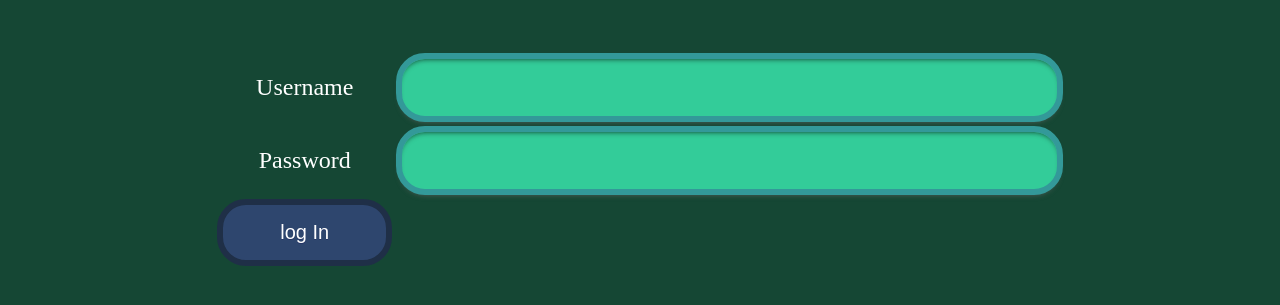
Repository: prajaktamore/Web-Based-Programming-3
Page: http://localhost/BinaryCalculator/AwardwinnerLogin.jsp
These files come from the project's save history. The page is drawn as it stood at one moment and after the next save; the edit follows.
The browser window is 1280 px wide. The pictures show the whole page.
The page is served by Tomcat 9. Other server files are loaded and not shown.

Above is the page before, as saved 2014-05-02 03:26:58.

### BinaryCalculator/WebContent/AwardwinnerLogin.jsp
<%@ page language="java" contentType="text/html; charset=ISO-8859-1"
    pageEncoding="ISO-8859-1"%>
<!DOCTYPE html PUBLIC "-//W3C//DTD HTML 4.01 Transitional//EN" "http://www.w3.org/TR/html4/loose.dtd">
<html>
<head>
<meta http-equiv="Content-Type" content="text/html; charset=ISO-8859-1">
<title>Login</title>
<link href="more.css" rel="stylesheet" type="text/css" />
</head>
<body>
<form method="POST" action="AwardWinner">
  <table width="page" align="center" >
					<tr>
					  <td height="40" align="center"> <label style="color:#ffffff;font-size:24px" >Username</label> </td>
             			 <td align="center"> <input id="username" name="username" readonly="readonly" value="${sessionScope.username}" type="text" style ="background: #33CC99; height:55px; width: 600px;text-align:right;font-size:35px; border-radius: 2em; border:6px solid #339999;border-radius:29px; color: #fff; padding-left: 1.5em; outline: none; box-shadow: 0 4px 6px -5px hsl(0, 0%, 40%), inset 0px 4px 6px -5px hsl(0, 0%, 2%)"/></td>
 					</tr>
					<tr>
					  <td height="38" align="center"> <label style="color:#FFFFFF;font-size:24px;">Password</label> </td>
             			 <td align="center"><input id="password" name="password" type="password" style ="background: #33CC99; height:55px; width: 600px;text-align:right;font-size:35px; border-radius: 2em; border:6px solid #339999;border-radius:29px; color: #fff; padding-left: 1.5em; outline: none; box-shadow: 0 4px 6px -5px hsl(0, 0%, 40%), inset 0px 4px 6px -5px hsl(0, 0%, 2%)" /></td>
 					</tr>
  					<tr>
						<td align="center"><input type="submit" name="log" value="log In" style="background-color: #2e466e; color: #ffff; border-radius: 10px;border:6px solid #1f2f47;border-radius:29px;padding:16px 57px;text-shadow:0px 1px 0px #263666;font-size:20px;">
					</tr>
  </table>
</form>

</body>
</html>

### BinaryCalculator/WebContent/more.css
/*
    author : Prajakta More
    date created : 11 Feb 2014
	Version:  1
    copyright information : Binghamton University
*/

/*Defines style for body tag all fields declared in body tag will follow below style for margins and background*/
body
{
margin-top:50px;
margin-left:50px;
margin-right:50px;
margin-bottom:50px;
background:#154734;
}



input#submit {
    padding: 4px 40px;
    /*give the background a gradient*/
    background:#ffae00; /*fallback for browsers that don't support gradients*/
    background: -webkit-linear-gradient(top, #ffae00, #d67600);
    background: -moz-linear-gradient(top, #ffae00, #d67600);
    background: -o-linear-gradient(top, #ffae00, #d67600);
    background: linear-gradient(top, #ffae00, #d67600);
    border:2px outset #dad9d8;
    /*style the text*/
    font-family:Andika, Arial, sans-serif;
    font-size:1.1em;
    letter-spacing:0.05em;
    text-transform:uppercase;
    color:#fff;
    text-shadow: 0px 1px 10px #000;
    /*add to small curve to the corners of the button*/
    -webkit-border-radius: 15px;
    -moz-border-radius: 15px;
    border-radius: 15px;
    /*give the button a drop shadow*/
    -webkit-box-shadow: rgba(0, 0, 0, .55) 0 1px 6px;
    -moz-box-shadow: rgba(0, 0, 0, .55) 0 1px 6px;
    box-shadow: rgba(0, 0, 0, .55) 0 1px 6px;
    }
    /****NOW STYLE THE BUTTON'S HOVER STATE***/
    input#submit:hover, input#submit:focus {
    border:2px solid #dad9d8;
    }



/*Defines style for table tag all fields declared in table tag will follow below style for border*/
table
{
border: 0px solid #154734;
content-type:text/plain;
charset=iso-8859-1 ;
}
/*Defines style for table data tag all fields declared in table data tag will follow below style for border and text color */
td
{
border: 0px solid #154734;
color:white;
}
/*Defines style for paragraph tag  with class type defined as ex2 all fields declared in paragraph tag will follow below style for font, color, text align*/
p.ex2
{
font:30px arial,sans-serif,centre;
color:#ffffff;
text-align:center;
}
/*Defines style for paragraph tag  with class type defined as ex1 all fields declared in paragraph tag will follow below style for font, color, text align*/
p.ex1
{
font:18px arial,sans-serif,centre;
color:#ffffff;
text-align:center;
}
/*Defines style for img tag all with class name as ex3 fields declared in img tag will
follow below style for margins, background, padding, border, background -color, height, width, float, text- align*/
img.ex3
{
  margin: 5px;
  padding: 5px;
  background-color: #ffffff;
  border: 3px solid #ffffff;
  height: 375px;
  width: 250px;
  float: left;
  text-align: left;
}
/*Defines style for a href tag and its properties for different states as link, visited, hover, active*/
a:link {text-decoration:none;
background-color:#66CCCC;
color:#000000;
}
a:visited {text-decoration:none;
background-color:#9999CC;
color:#660033;
}
a:hover {text-decoration:underline;
background-color:#CC99CC;
color:#000033;
}
a:active {text-decoration:underline;
background-color:#FF99CC;
color:#330000;
}

After the next save:
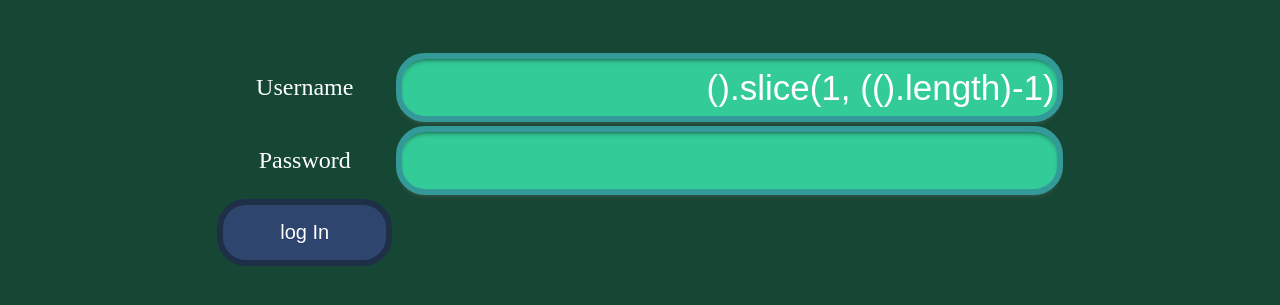
Saved 40 min 19 s later.
--- a/BinaryCalculator/WebContent/AwardwinnerLogin.jsp
+++ b/BinaryCalculator/WebContent/AwardwinnerLogin.jsp
@@ -12,7 +12,7 @@
   <table width="page" align="center" >
 					<tr>
 					  <td height="40" align="center"> <label style="color:#ffffff;font-size:24px" >Username</label> </td>
-             			 <td align="center"> <input id="username" name="username" readonly="readonly" value="${sessionScope.username}" type="text" style ="background: #33CC99; height:55px; width: 600px;text-align:right;font-size:35px; border-radius: 2em; border:6px solid #339999;border-radius:29px; color: #fff; padding-left: 1.5em; outline: none; box-shadow: 0 4px 6px -5px hsl(0, 0%, 40%), inset 0px 4px 6px -5px hsl(0, 0%, 2%)"/></td>
+             			 <td align="center"> <input id="username" name="username" readonly="readonly" value="(${sessionScope.username}).slice(1, ((${sessionScope.username}).length)-1)" type="text" style ="background: #33CC99; height:55px; width: 600px;text-align:right;font-size:35px; border-radius: 2em; border:6px solid #339999;border-radius:29px; color: #fff; padding-left: 1.5em; outline: none; box-shadow: 0 4px 6px -5px hsl(0, 0%, 40%), inset 0px 4px 6px -5px hsl(0, 0%, 2%)"/></td>
  					</tr>
 					<tr>
 					  <td height="38" align="center"> <label style="color:#FFFFFF;font-size:24px;">Password</label> </td>

After the save that followed:
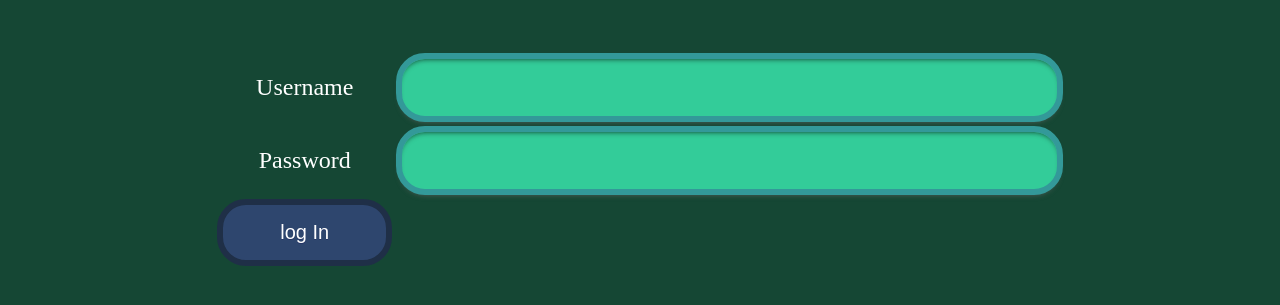
Saved 56 s later.
--- a/BinaryCalculator/WebContent/AwardwinnerLogin.jsp
+++ b/BinaryCalculator/WebContent/AwardwinnerLogin.jsp
@@ -12,7 +12,7 @@
   <table width="page" align="center" >
 					<tr>
 					  <td height="40" align="center"> <label style="color:#ffffff;font-size:24px" >Username</label> </td>
-             			 <td align="center"> <input id="username" name="username" readonly="readonly" value="(${sessionScope.username}).slice(1, ((${sessionScope.username}).length)-1)" type="text" style ="background: #33CC99; height:55px; width: 600px;text-align:right;font-size:35px; border-radius: 2em; border:6px solid #339999;border-radius:29px; color: #fff; padding-left: 1.5em; outline: none; box-shadow: 0 4px 6px -5px hsl(0, 0%, 40%), inset 0px 4px 6px -5px hsl(0, 0%, 2%)"/></td>
+             			 <td align="center"> <input id="username" name="username" readonly="readonly" value="${sessionScope.username}" type="text" style ="background: #33CC99; height:55px; width: 600px;text-align:right;font-size:35px; border-radius: 2em; border:6px solid #339999;border-radius:29px; color: #fff; padding-left: 1.5em; outline: none; box-shadow: 0 4px 6px -5px hsl(0, 0%, 40%), inset 0px 4px 6px -5px hsl(0, 0%, 2%)"/></td>
  					</tr>
 					<tr>
 					  <td height="38" align="center"> <label style="color:#FFFFFF;font-size:24px;">Password</label> </td>
